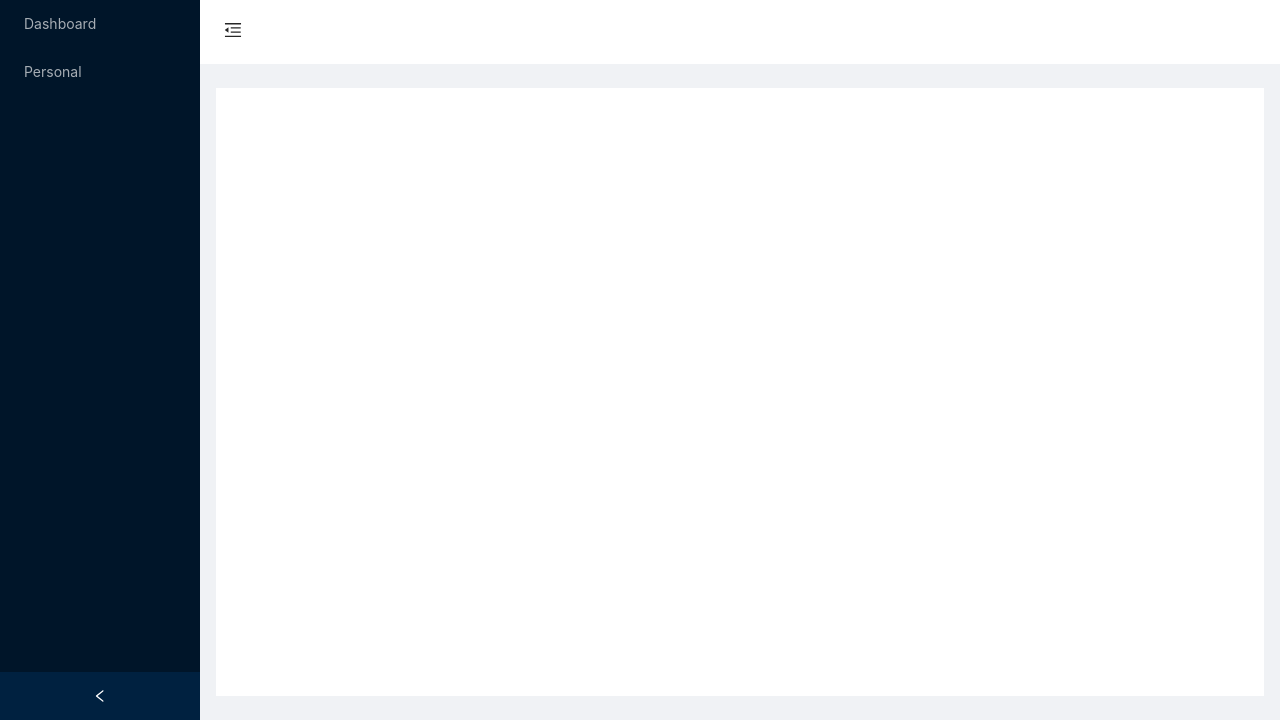
Repository: DallenCat/react-test
Page: /
An editor plug-in stored every save of this project. The page is shown before and after the next save, followed by the edit.
The browser window is 1280 px wide. The pictures show the whole page.
The project was rebuilt for these pictures with package versions that can differ from the ones it lists, and the page was loaded fresh each time. A package was used in the major version that the imports need, not the one package.json lists. Also part of the build but not shown: src/containers/dashboard/index.js, src/containers/personal/index.js.

Above is the page before, as saved 2021-10-27 16:56:48.

After the next save:
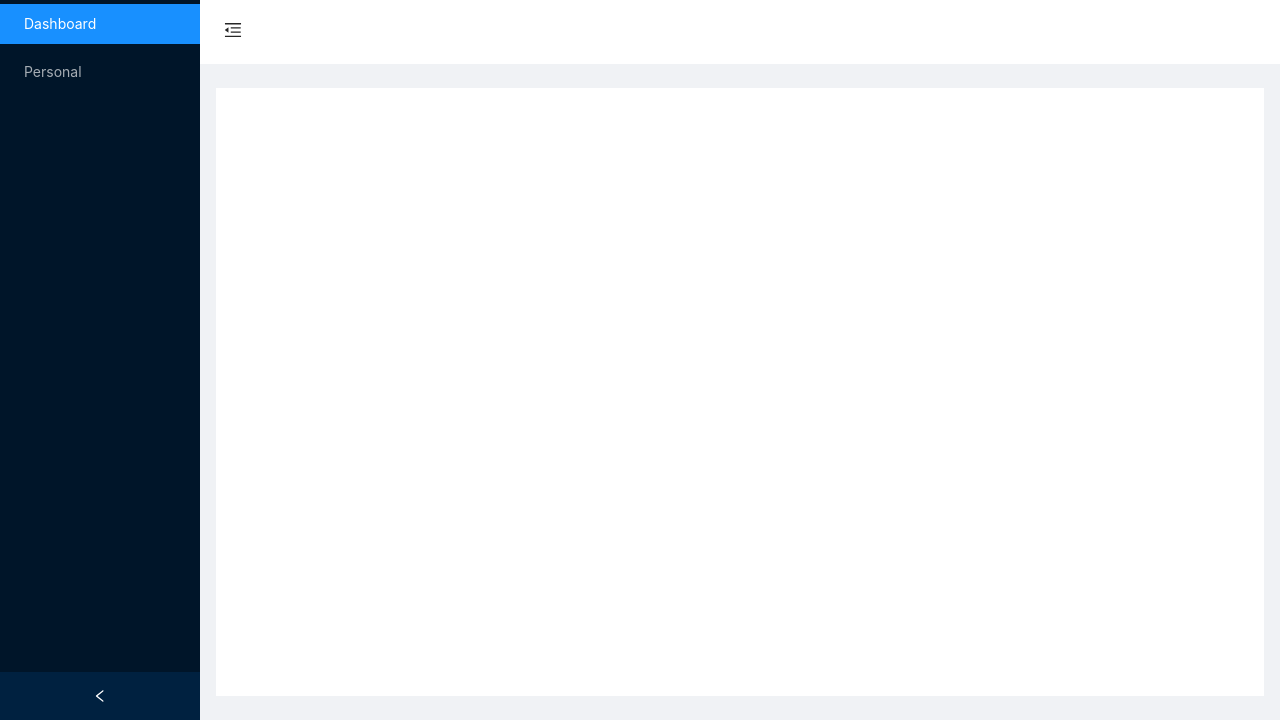
Saved 55 s later.
--- a/src/components/layout/sider/menu.js
+++ b/src/components/layout/sider/menu.js
@@ -4,7 +4,7 @@
  * @Author: dal
  * @Date: 2021-10-27 16:12:40
  * @LastEditors: dal
- * @LastEditTime: 2021-10-27 16:54:51
+ * @LastEditTime: 2021-10-27 16:57:43
  */
 import { Menu } from "antd"
 import { Component, createRef } from "react";
@@ -14,7 +14,7 @@ class MENU extends Component {
     super(props)
   }
   state = {
-    selectedKeys: createRef(['1'])
+    selectedKeys: ['1']
   }
   render(h) {
     return (
